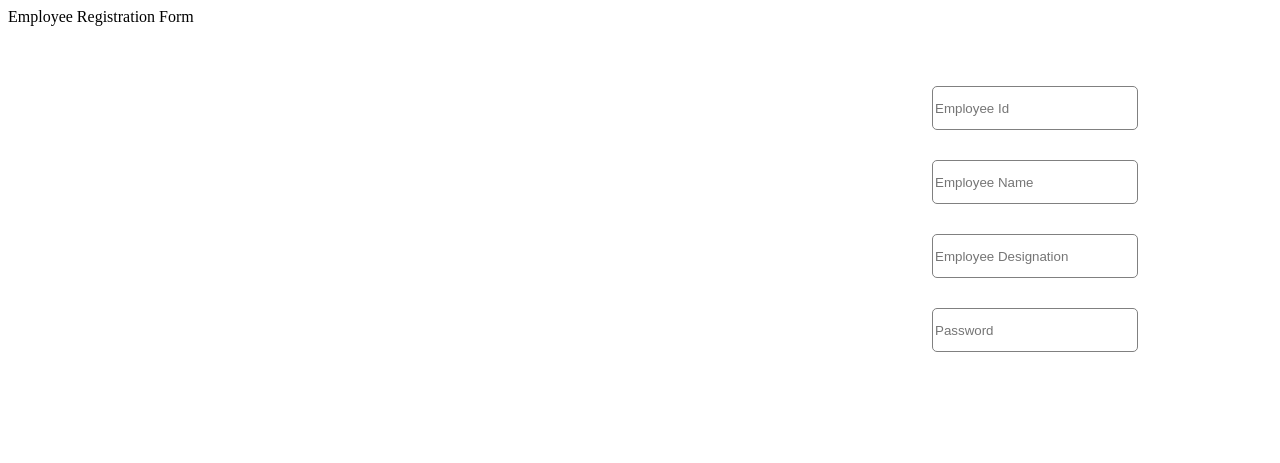
Repository: robin9533/Basic-Programs-App.
Page: GW-Genial Work Proj/GT_GenialToil/WebContent/EmployeeSignup.html
An editor plug-in stored every save of this project. The page is shown before and after the next save, followed by the edit.
The browser window is 1280 px wide. The pictures show the whole page.

Above is the page before, as saved 2019-05-10 06:57:49.

After the next save:
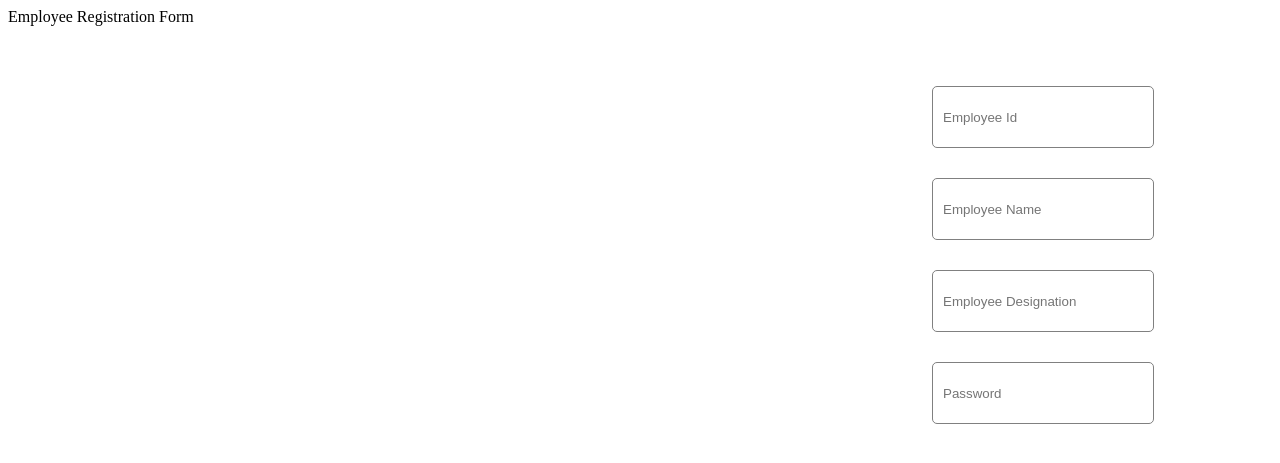
Saved 15 s later.
--- a/GW-Genial Work Proj/GT_GenialToil/WebContent/EmployeeSignup.css
+++ b/GW-Genial Work Proj/GT_GenialToil/WebContent/EmployeeSignup.css
@@ -19,6 +19,7 @@
 	border: none;
 	border:1px solid gray;
 	border-radius: 5px;
+	padding:10px
 }
 .h1{
 	center
